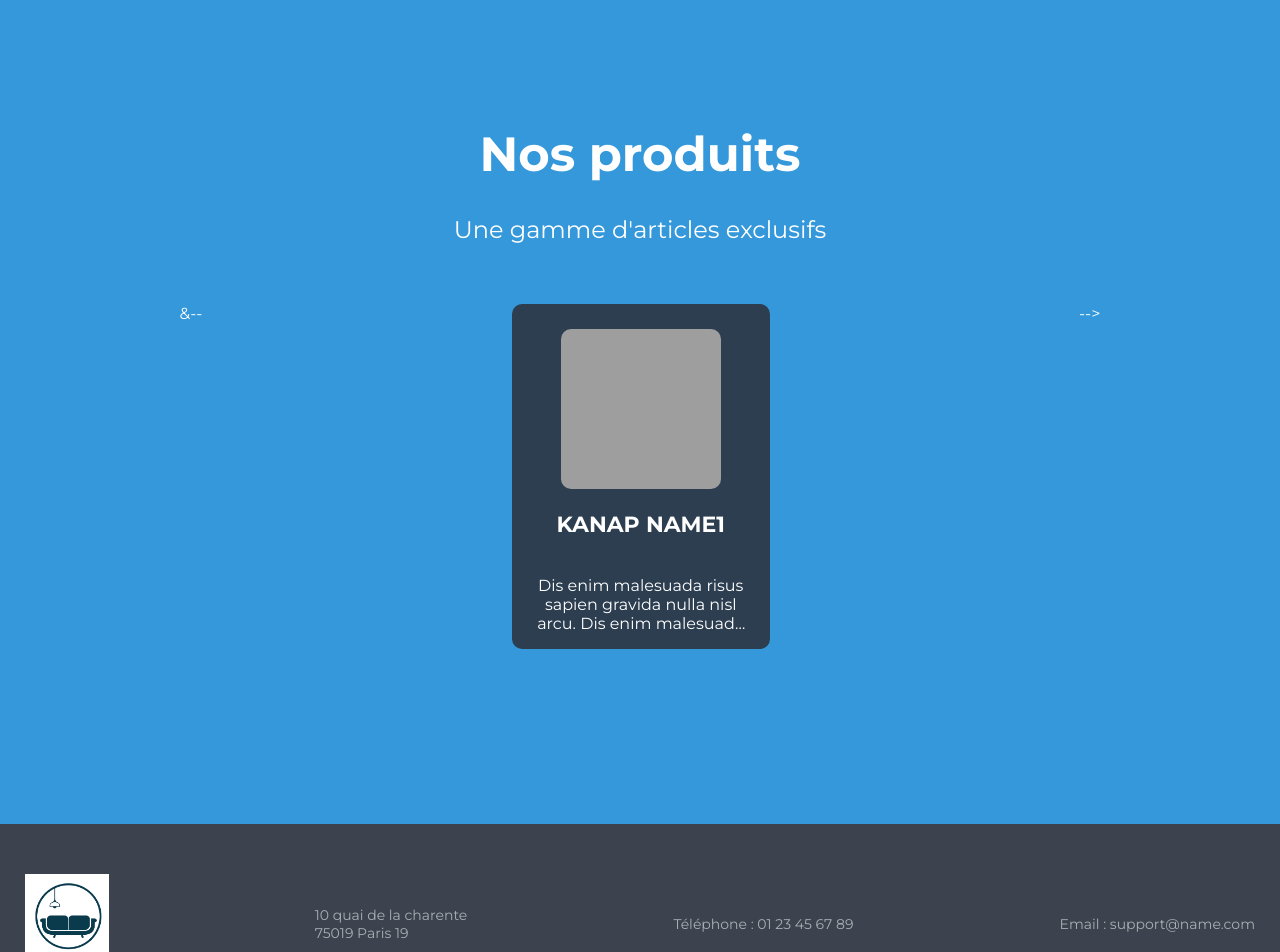
Repository: yacinebouk/p5kanap
Page: front/html/index.html
An editor plug-in stored every save of this project. The page is shown before and after the next save, followed by the edit.
The browser window is 1280 px wide. The pictures show the part of the page from y = 733 to 1685 px (the page is 1853 px tall).
Pictures or frames that could not be fetched are drawn as grey boxes. The page's requests for data from a server got no answer.

Above is the page before, as saved 2022-08-11 09:26:52.

After the next save:
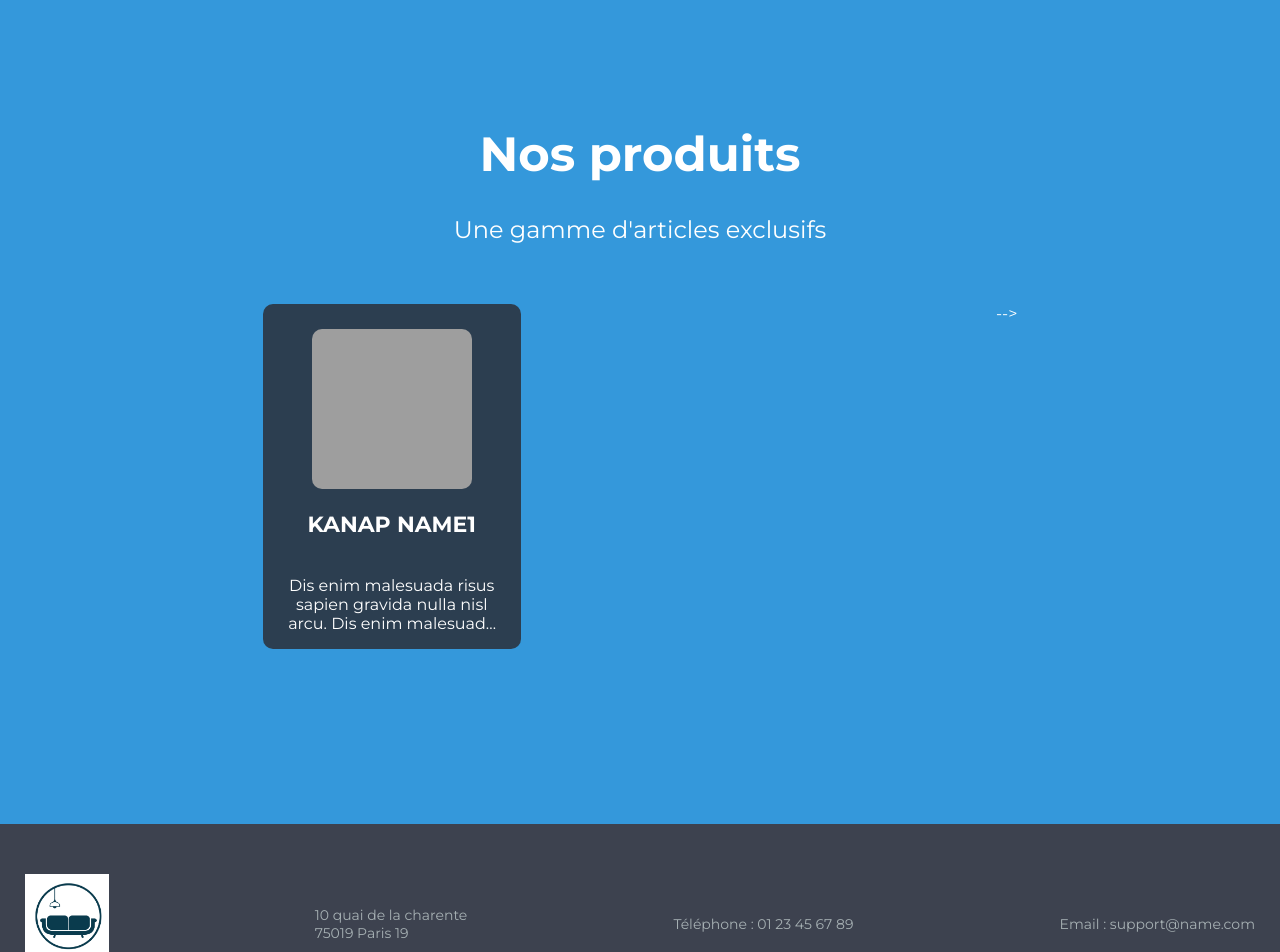
Saved 81 s later.
--- a/front/html/index.html
+++ b/front/html/index.html
@@ -55,7 +55,6 @@
                 <h2>Une gamme d'articles exclusifs</h2>
             </div>
             <section class="items" id="items">
-                &--
                 <a href="./product.html?id=42">
                     <article>
                         <img src=".../product01.jpg" alt="Lorem ipsum dolor sit amet, Kanap name1">

After the save that followed:
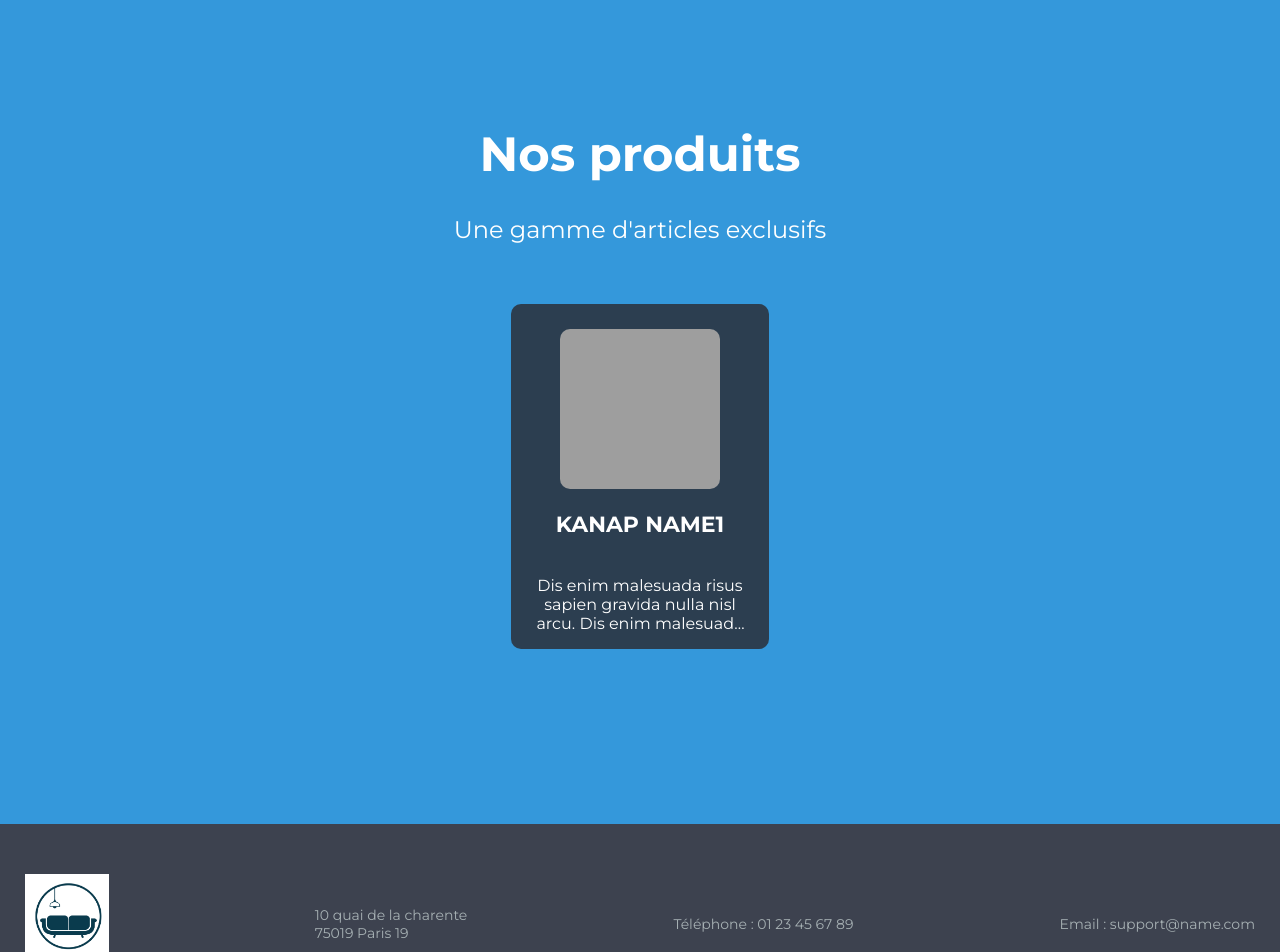
Saved 37 s later.
--- a/front/html/index.html
+++ b/front/html/index.html
@@ -61,7 +61,7 @@
                         <h3 class="productName">Kanap name1</h3>
                         <p class="productDescription">Dis enim malesuada risus sapien gravida nulla nisl arcu. Dis enim malesuada risus sapien gravida nulla nisl arcu.</p>
                     </article>
-                </a> -->
+                </a>
             </section>
         </div>
     </main>
